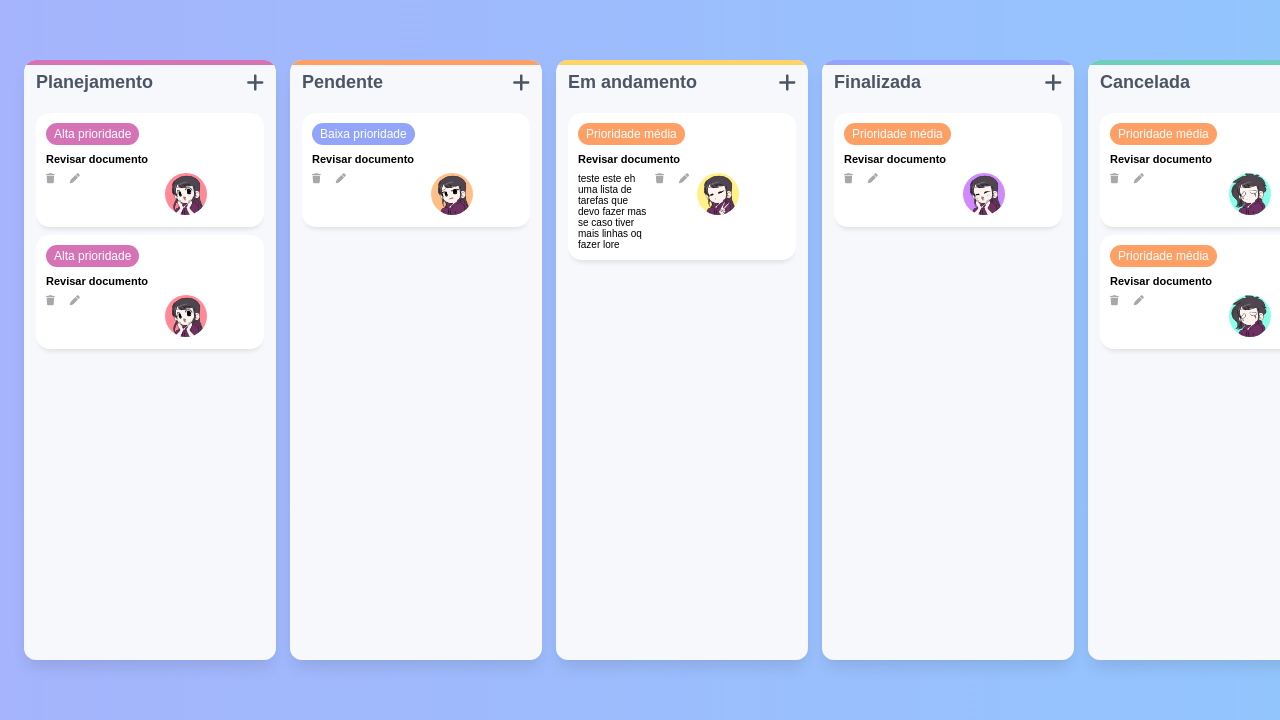
Repository: Marinalr-25/ProjetoToDoList
Page: index.html
These files come from the project's save history. The page is drawn as it stood at one moment and after the next save; the edit follows.
The browser window is 1280 px wide. The pictures show the whole page.
Some web fonts or font styles are not loaded; a fallback is used. Some web libraries are served in a nearby version.

Above is the page before, as saved 2024-11-02 14:26:10.

After the next save:
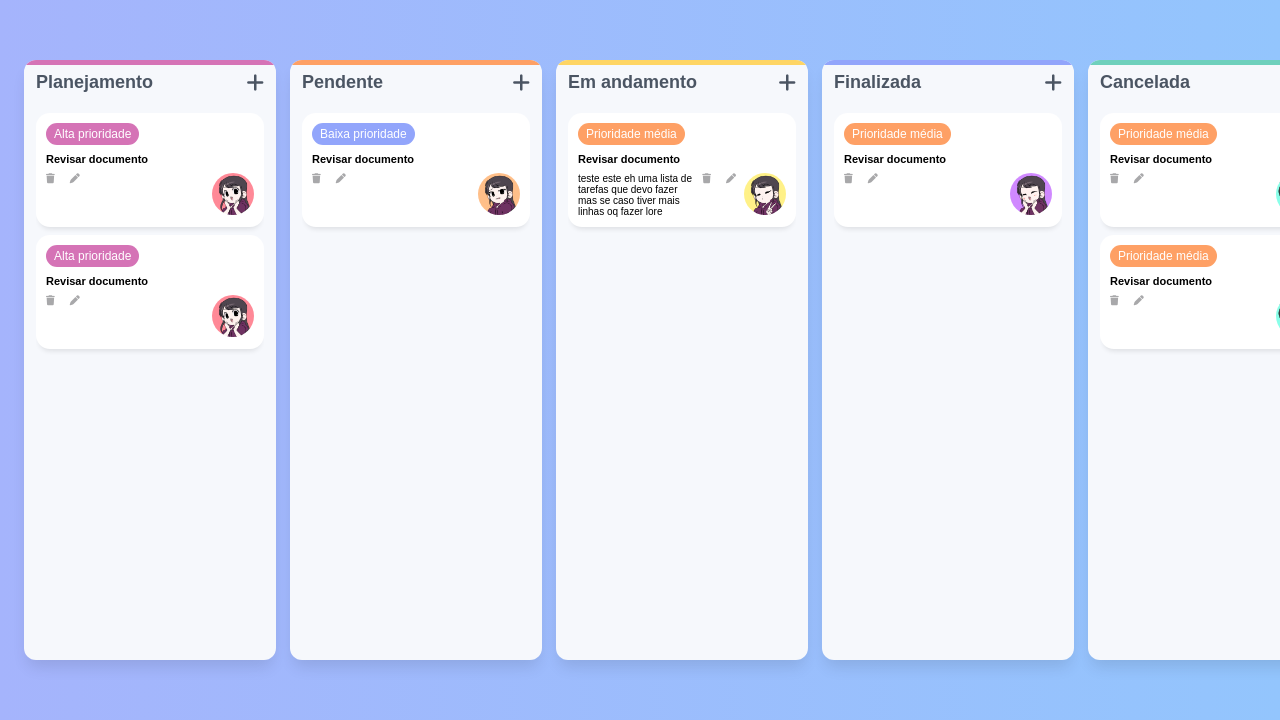
Saved 3 min 46 s later.
--- a/css/style.css
+++ b/css/style.css
@@ -150,7 +150,6 @@ body {
   justify-content: space-between;
   align-items: start;
   gap: 0.8rem;
-  width: 16.1rem;
 }
 .card-icons {
   display: flex;
